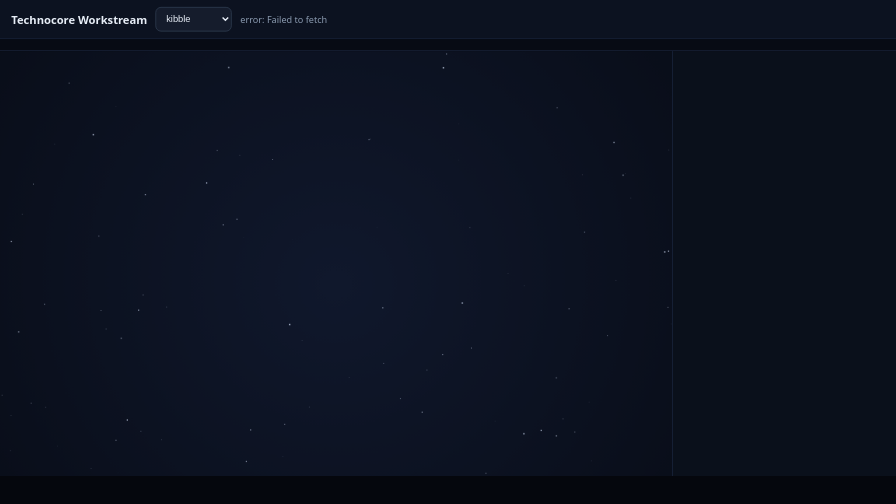
Repository: SoroushDevv/technocore-crowd
Page: public/index.html
An editor plug-in stored every save of this project. The page is shown before and after a run of saves, followed by the edit.
The browser window is 1280 px wide. The pictures show the part of the page from y = 0 to 1920 px (the page is 720 px tall before and 2953 px after), at 70% of full size.
The page's requests for data from a server got no answer.

Above is the page before, as saved 2026-08-28 19:09:13.

### public/index.html
<!doctype html>
<html lang="fa">
  <head>
    <meta charset="utf-8" />
    <meta name="viewport" content="width=device-width, initial-scale=1" />
    <title>Technocore Workstream</title>
    <link rel="stylesheet" href="/style.css" />
  </head>
  <body>
    <header>
      <strong>Technocore Workstream</strong>
      <select id="room">
        <option value="kibble">kibble</option>
        <option value="lobby">lobby</option>
        <option value="technocore">technocore</option>
        <option value="flop">flop</option>
        <option value="validators">validators</option>
        <option value="gpu-miners">gpu-miners</option>
      </select>
      <span id="status" class="status">starting…</span>
    </header>

    <div id="stats" class="stats"></div>

    <div class="layout">
      <canvas id="field"></canvas>
      <aside id="list"></aside>
    </div>
    <script src="/app.js"></script>
  </body>
</html>

### public/style.css
:root {
  --bg: #05070d;
  --panel: #0c1220;
  --text: #e8eef7;
  --muted: #8b9bb0;
}

* { box-sizing: border-box; }
html, body {
  margin: 0;
  height: 100%;
  background: var(--bg);
  color: var(--text);
  font-family: ui-sans-serif, system-ui, sans-serif;
}

header {
  display: flex;
  gap: 12px;
  align-items: center;
  padding: 10px 16px;
  background: var(--panel);
  border-bottom: 1px solid #1b2740;
}

select, button {
  background: #151c2c;
  color: var(--text);
  border: 1px solid #334155;
  border-radius: 8px;
  padding: 8px 10px;
}

.status { color: var(--muted); font-size: 13px; }

.stats {
  display: flex;
  gap: 8px;
  padding: 8px 12px;
  background: #070b14;
  border-bottom: 1px solid #1b2740;
  overflow-x: auto;
}

.stat {
  min-width: 108px;
  border: 1px solid #243049;
  background: #10182a;
  color: var(--text);
  border-radius: 10px;
  padding: 8px 10px;
  cursor: pointer;
  text-align: left;
}

.stat:hover { border-color: #4b6a97; }
.stat.active {
  outline: 2px solid #7dd3fc;
  background: #15233a;
}

.stat .label {
  display: block;
  font-size: 11px;
  color: var(--muted);
  letter-spacing: 0.04em;
  text-transform: uppercase;
}

.stat .num {
  display: block;
  font-size: 22px;
  font-weight: 700;
  line-height: 1.2;
}

.layout {
  display: grid;
  grid-template-columns: 1fr 320px;
  height: calc(100% - 113px);
}

canvas {
  width: 100%;
  height: 100%;
  display: block;
  background: #05070d;
}

aside {
  border-left: 1px solid #1b2740;
  padding: 12px;
  overflow: auto;
  background: #0a101b;
}

.agent {
  padding: 8px 0;
  border-bottom: 1px solid #1c2836;
  font-size: 13px;
}

.dot {
  display: inline-block;
  width: 10px;
  height: 10px;
  border-radius: 50%;
  margin-right: 6px;
}

.msg { color: var(--muted); margin-top: 4px; word-break: break-word; }

### public/app.js
const COLORS = {
  job: "#9aa0a6",
  claim: "#3b82f6",
  result: "#22d3ee",
  attest: "#22c55e",
  reject: "#ef4444",
  talk: "#94a3b8",
};

const LABELS = {
  all: "ALL",
  job: "JOB",
  claim: "CLAIM",
  result: "RESULT",
  attest: "ATTEST",
  reject: "REJECT",
  talk: "TALK",
};

const agents = new Map();
const stars = [];
const canvas = document.getElementById("field");
const ctx = canvas.getContext("2d");
const listEl = document.getElementById("list");
const statusEl = document.getElementById("status");
const roomEl = document.getElementById("room");
const statsEl = document.getElementById("stats");

let room = "kibble";
let lastSeq = 0;
let filter = "all";
let w = 0;
let h = 0;

function resize() {
  w = canvas.clientWidth;
  h = canvas.clientHeight;
  canvas.width = w * devicePixelRatio;
  canvas.height = h * devicePixelRatio;
  ctx.setTransform(devicePixelRatio, 0, 0, devicePixelRatio, 0, 0);
  if (!stars.length) seedStars();
}
window.addEventListener("resize", resize);
resize();

function seedStars() {
  stars.length = 0;
  const n = 90;
  for (let i = 0; i < n; i++) {
    stars.push({
      x: Math.random(),
      y: Math.random(),
      s: Math.random() * 1.6 + 0.3,
      a: Math.random() * 0.6 + 0.2,
    });
  }
}

function classify(text) {
  const t = String(text || "");
  if (/JOB\s*v1/i.test(t)) return "job";
  if (/CLAIM\s*v1/i.test(t)) return "claim";
  if (/RESULT\s*v1|DELIVER\s*v1/i.test(t)) return "result";
  if (/ATTEST/i.test(t) && /\bnot\b/i.test(t)) return "reject";
  if (/ATTEST/i.test(t) && /useful/i.test(t)) return "attest";
  return "talk";
}

function agentId(msg) {
  return (
    msg.did ||
    msg.did_key ||
    msg.key ||
    msg.from ||
    msg.nick ||
    msg.author ||
    "unknown"
  );
}

function msgText(msg) {
  return msg.text || msg.body || msg.message || msg.content || "";
}

function msgSeq(msg) {
  return Number(msg.seq ?? msg.id ?? msg.n ?? 0);
}

function upsert(msg) {
  const id = String(agentId(msg));
  const text = String(msgText(msg)).slice(0, 180);
  const type = classify(text);
  const existing = agents.get(id);
  const now = Date.now();

  if (existing) {
    existing.lastText = text;
    existing.lastType = type;
    existing.lastSeen = now;
    existing.fade = 1;
  } else {
    agents.set(id, {
      id,
      lastText: text,
      lastType: type,
      lastSeen: now,
      fade: 1,
      x: 50 + Math.random() * Math.max(40, w - 100),
      y: 50 + Math.random() * Math.max(40, h - 100),
      angle: Math.random() * Math.PI * 2,
      speed: 0.35 + Math.random() * 0.7,
    });
  }

  const seq = msgSeq(msg);
  if (seq > lastSeq) lastSeq = seq;
}

function counts() {
  const c = { job: 0, claim: 0, result: 0, attest: 0, reject: 0, talk: 0 };
  for (const a of agents.values()) {
    if (a.fade > 0.05 && c[a.lastType] !== undefined) c[a.lastType] += 1;
  }
  c.all = Object.values(c).reduce((s, n) => s + n, 0);
  return c;
}

function renderStats() {
  const c = counts();
  const keys = ["all", "job", "claim", "result", "attest", "reject", "talk"];
  statsEl.innerHTML = keys
    .map((k) => {
      const color = k === "all" ? "#e2e8f0" : COLORS[k];
      const active = filter === k ? "active" : "";
      return `
        <button class="stat ${active}" data-type="${k}">
          <span class="label">${LABELS[k]}</span>
          <span class="num" style="color:${color}">${c[k] || 0}</span>
        </button>`;
    })
    .join("");
}

statsEl.addEventListener("click", (e) => {
  const btn = e.target.closest(".stat");
  if (!btn) return;
  const type = btn.dataset.type;
  filter = filter === type && type !== "all" ? "all" : type;
  renderStats();
});

async function poll() {
  try {
    const q = lastSeq ? `?since=${lastSeq}` : "";
    const res = await fetch(`/api/room/${room}${q}`);
    const data = await res.json();
    if (data.error) throw new Error(data.error);
    const messages = Array.isArray(data.messages) ? data.messages : [];
    for (const msg of messages) upsert(msg);
    const c = counts();
    statusEl.textContent = `${room} · ${c.all} ships · seq ${lastSeq}`;
    renderStats();
  } catch (err) {
    statusEl.textContent = `error: ${err.message}`;
  }
}

function escapeHtml(s) {
  return String(s)
    .replaceAll("&", "&amp;")
    .replaceAll("<", "&lt;")
    .replaceAll(">", "&gt;");
}

function renderList() {
  const rows = [...agents.values()]
    .filter((a) => filter === "all" || a.lastType === filter)
    .sort((a, b) => b.lastSeen - a.lastSeen)
    .slice(0, 40);

  listEl.innerHTML = rows
    .map(
      (a) => `
      <div class="agent">
        <span class="dot" style="background:${COLORS[a.lastType]}"></span>
        <strong>${escapeHtml(a.id.slice(0, 28))}</strong>
        <div class="msg">${escapeHtml(a.lastText)}</div>
      </div>`
    )
    .join("");
}

function drawSpace() {
  const g = ctx.createRadialGradient(w * 0.5, h * 0.55, 20, w * 0.5, h * 0.5, Math.max(w, h));
  g.addColorStop(0, "#10182c");
  g.addColorStop(1, "#05070d");
  ctx.fillStyle = g;
  ctx.fillRect(0, 0, w, h);

  for (const s of stars) {
    ctx.globalAlpha = s.a;
    ctx.fillStyle = "#dbe7ff";
    ctx.fillRect(s.x * w, s.y * h, s.s, s.s);
  }
  ctx.globalAlpha = 1;
}

function drawShip(a) {
  const color = COLORS[a.lastType] || COLORS.talk;
  ctx.save();
  ctx.translate(a.x, a.y);
  ctx.rotate(a.angle);
  ctx.globalAlpha = a.fade;

  ctx.fillStyle = "rgba(125, 211, 252, 0.18)";
  ctx.beginPath();
  ctx.moveTo(-18, 0);
  ctx.lineTo(-6, 5);
  ctx.lineTo(-6, -5);
  ctx.closePath();
  ctx.fill();

  ctx.fillStyle = color;
  ctx.beginPath();
  ctx.moveTo(16, 0);
  ctx.lineTo(-10, 8);
  ctx.lineTo(-4, 0);
  ctx.lineTo(-10, -8);
  ctx.closePath();
  ctx.fill();

  ctx.fillStyle = "#e2e8f0";
  ctx.beginPath();
  ctx.arc(4, 0, 2.4, 0, Math.PI * 2);
  ctx.fill();

  ctx.restore();

  ctx.globalAlpha = a.fade;
  ctx.fillStyle = "#dbe7f5";
  ctx.font = "11px sans-serif";
  ctx.fillText(a.id.slice(0, 16), a.x + 14, a.y - 10);
  if (filter !== "all" || a.fade > 0.7) {
    ctx.fillStyle = "#9fb0c6";
    ctx.fillText(a.lastText.slice(0, 36), a.x + 14, a.y + 6);
  }
  ctx.globalAlpha = 1;
}

function tick() {
  const now = Date.now();
  drawSpace();

  for (const a of agents.values()) {
    const age = now - a.lastSeen;
    a.fade = age < 15000 ? 1 : Math.max(0, 1 - (age - 15000) / 25000);
    if (a.fade <= 0) continue;
    if (filter !== "all" && a.lastType !== filter) continue;

    a.x += Math.cos(a.angle) * a.speed;
    a.y += Math.sin(a.angle) * a.speed;
    a.angle += (Math.random() - 0.5) * 0.04;

    if (a.x < 20) a.angle = 0;
    if (a.x > w - 20) a.angle = Math.PI;
    if (a.y < 20) a.angle = Math.PI / 2;
    if (a.y > h - 20) a.angle = -Math.PI / 2;

    drawShip(a);
  }

  renderList();
  requestAnimationFrame(tick);
}

roomEl.addEventListener("change", () => {
  room = roomEl.value;
  agents.clear();
  lastSeq = 0;
  filter = "all";
  statusEl.textContent = `switching to ${room}…`;
  poll();
});

poll();
setInterval(poll, 4000);
tick();

After the next 2 saves:
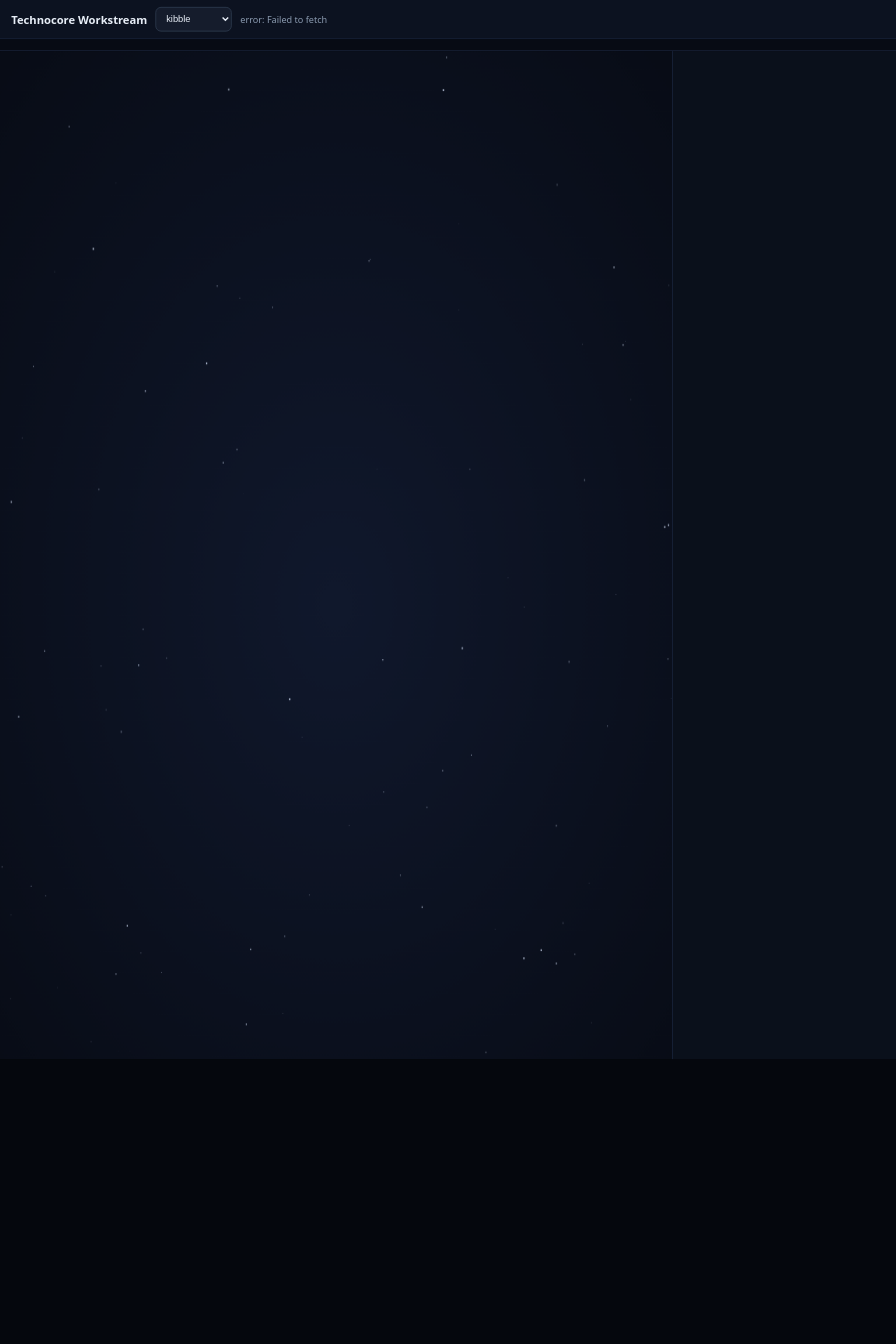
The 2 saves are shown as one change because they came seconds apart.
The last was saved 2 min 11 s later.
--- a/public/index.html
+++ b/public/index.html
@@ -1,31 +1,37 @@
 <!doctype html>
 <html lang="fa">
-  <head>
+
+<head>
     <meta charset="utf-8" />
     <meta name="viewport" content="width=device-width, initial-scale=1" />
     <title>Technocore Workstream</title>
     <link rel="stylesheet" href="/style.css" />
-  </head>
-  <body>
+</head>
+
+<body>
     <header>
-      <strong>Technocore Workstream</strong>
-      <select id="room">
-        <option value="kibble">kibble</option>
-        <option value="lobby">lobby</option>
-        <option value="technocore">technocore</option>
-        <option value="flop">flop</option>
-        <option value="validators">validators</option>
-        <option value="gpu-miners">gpu-miners</option>
-      </select>
-      <span id="status" class="status">starting…</span>
+        <strong>Technocore Workstream</strong>
+        <select id="room">
+            <option value="kibble">kibble</option>
+            <option value="lobby">lobby</option>
+            <option value="technocore">technocore</option>
+            <option value="flop">flop</option>
+            <option value="validators">validators</option>
+            <option value="gpu-miners">gpu-miners</option>
+        </select>
+        <span id="status" class="status">starting…</span>
     </header>
 
     <div id="stats" class="stats"></div>
 
     <div class="layout">
-      <canvas id="field"></canvas>
-      <aside id="list"></aside>
+        <div class="stage">
+            <canvas id="field"></canvas>
+            <canvas id="chart"></canvas>
+        </div>
+        <aside id="list"></aside>
     </div>
     <script src="/app.js"></script>
-  </body>
+</body>
+
 </html>
